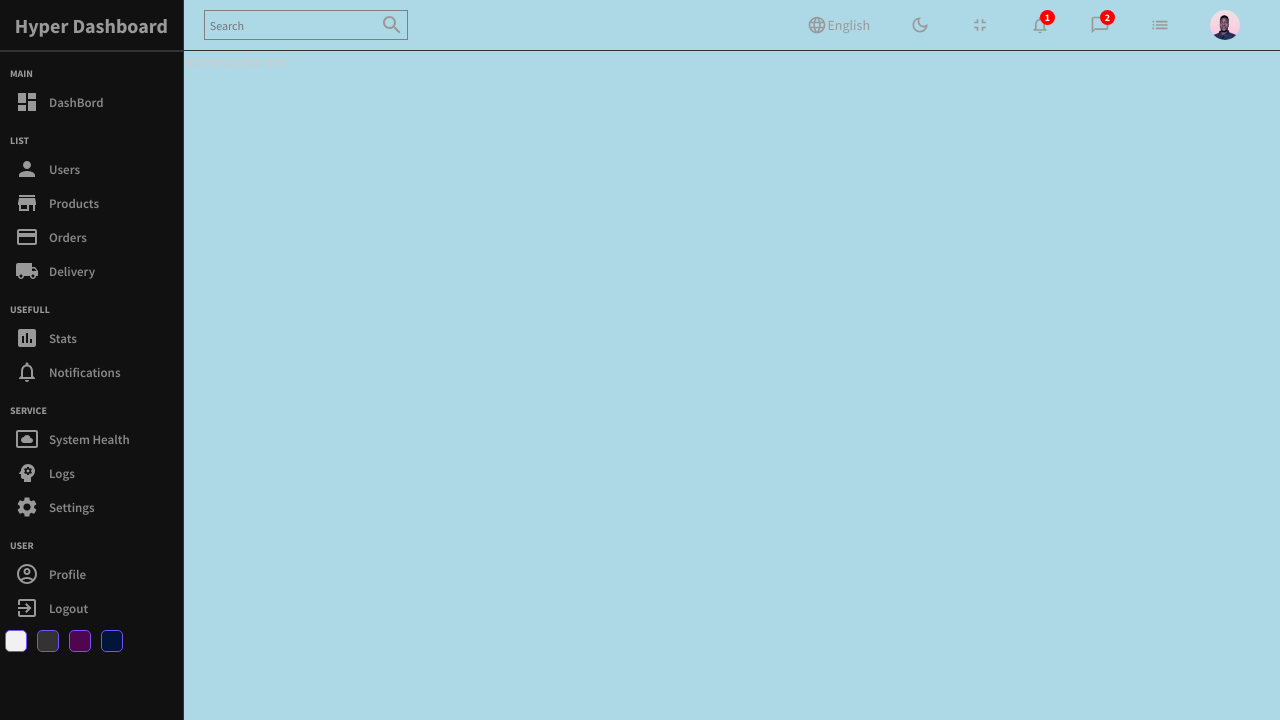
Repository: kenyi-mic/DashBoard
Page: /
An editor plug-in stored every save of this project. The page is shown before and after the next save, followed by the edit.
The browser window is 1280 px wide. The pictures show the whole page.
The project was rebuilt for these pictures with package versions that can differ from the ones it lists, and the page was loaded fresh each time. Also part of the build but not shown: src/pages/list/list.scss, src/components/datatable/datatable.scss, src/datatableSource.js, src/components/datatable/Datatable.jsx, src/pages/list/List.jsx, src/pages/single/single.scss, src/components/chart/chart.scss, src/components/chart/Chart.jsx and 6 more.

Above is the page before, as saved 2022-05-25 09:18:52.

After the next save:
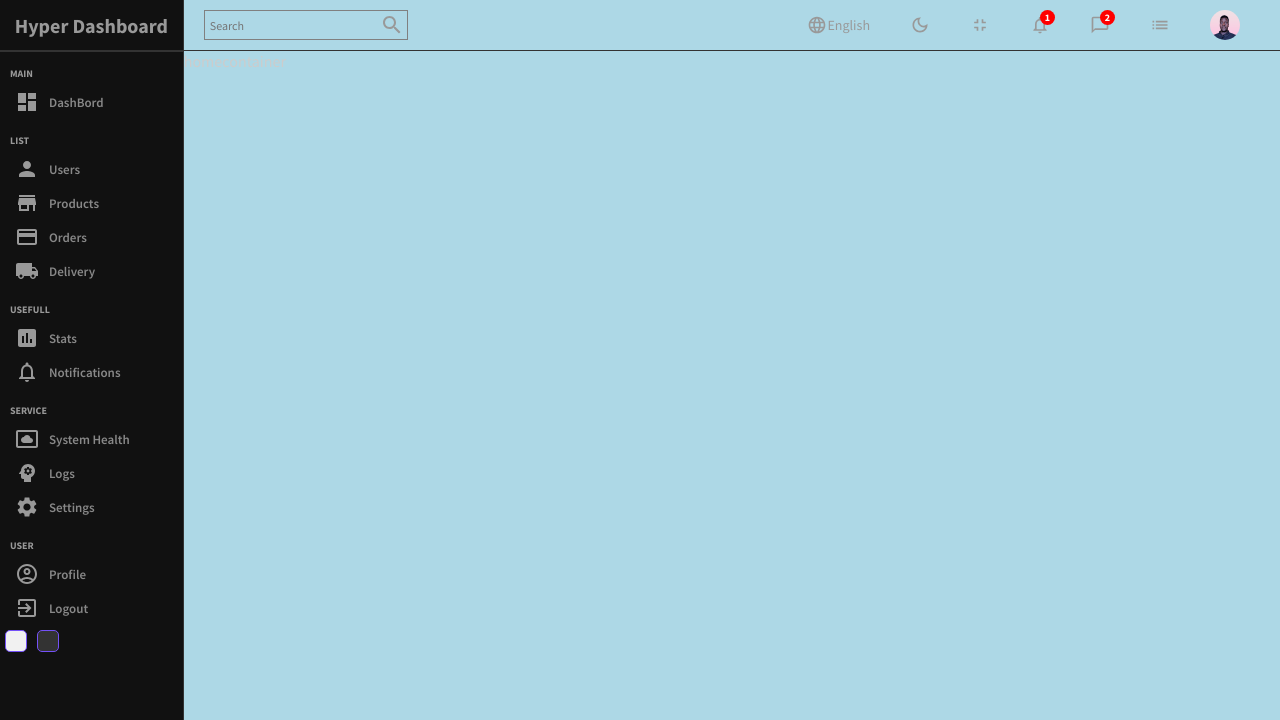
Saved 85 s later.
--- a/src/components/sidebar/Sidebar.jsx
+++ b/src/components/sidebar/Sidebar.jsx
@@ -93,8 +93,6 @@ function Sidebar() {
       <div className="bottom">
         <div className="colorOption"></div>
         <div className="colorOption"></div>
-        <div className="colorOption"></div>
-        <div className="colorOption"></div>
       </div>
     </div>
   );
